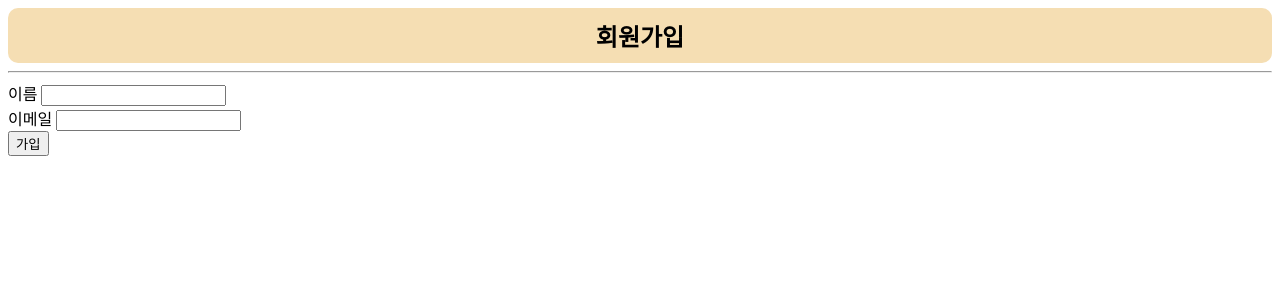
Repository: ineble/demo1
Page: test/src/main/webapp/ch03/regfrom1.html
The author's editor kept a copy of each file at every save. The page is drawn from the files as they stood at one save, then again after the next save.
The browser window is 1280 px wide. The pictures show the whole page.

Above is the page before, as saved 2022-08-03 00:33:13.

### test/src/main/webapp/ch03/regfrom1.html
<!DOCTYPE html>
<html>
<head>
<meta charset="utf-8">
<title>Insert title here</title>
<style type="text/css">
	h2 {
		background-color: wheat;
		text-align : center;
		width : 100%;
		padding : 10px 0px;
		border-radius : 10px;
		margin : auto;
	}

</style>

</head>
<body>
	<h2>회원가입</h2>
	<hr>
	<div id="regform">
		<form name="form1">
			<label>이름</label>
			<input type="text" name="name"> <br>
			<label>이메일</label>
			<input type="email" name="email"> <br>
			<button onclick="join()">가입</button>
		</form>
	</div>
</body>
</html>

After the next save:
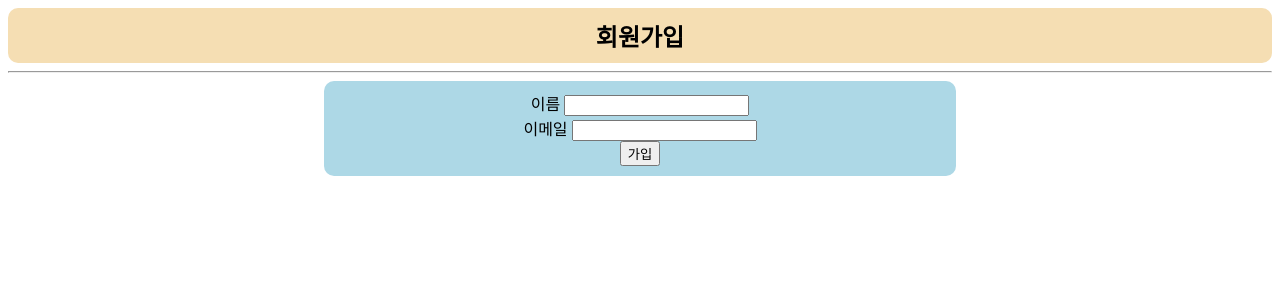
Saved 48 min 49 s later.
--- a/test/src/main/webapp/ch03/regfrom1.html
+++ b/test/src/main/webapp/ch03/regfrom1.html
@@ -11,6 +11,14 @@
 		padding : 10px 0px;
 		border-radius : 10px;
 		margin : auto;
+	}
+	#regform{
+		text-align : center;
+		width : 50%;
+		padding : 10px 0px;
+		margin : auto;
+		background-color: lightblue;
+		border-radius : 10px;
 	}
 
 </style>
